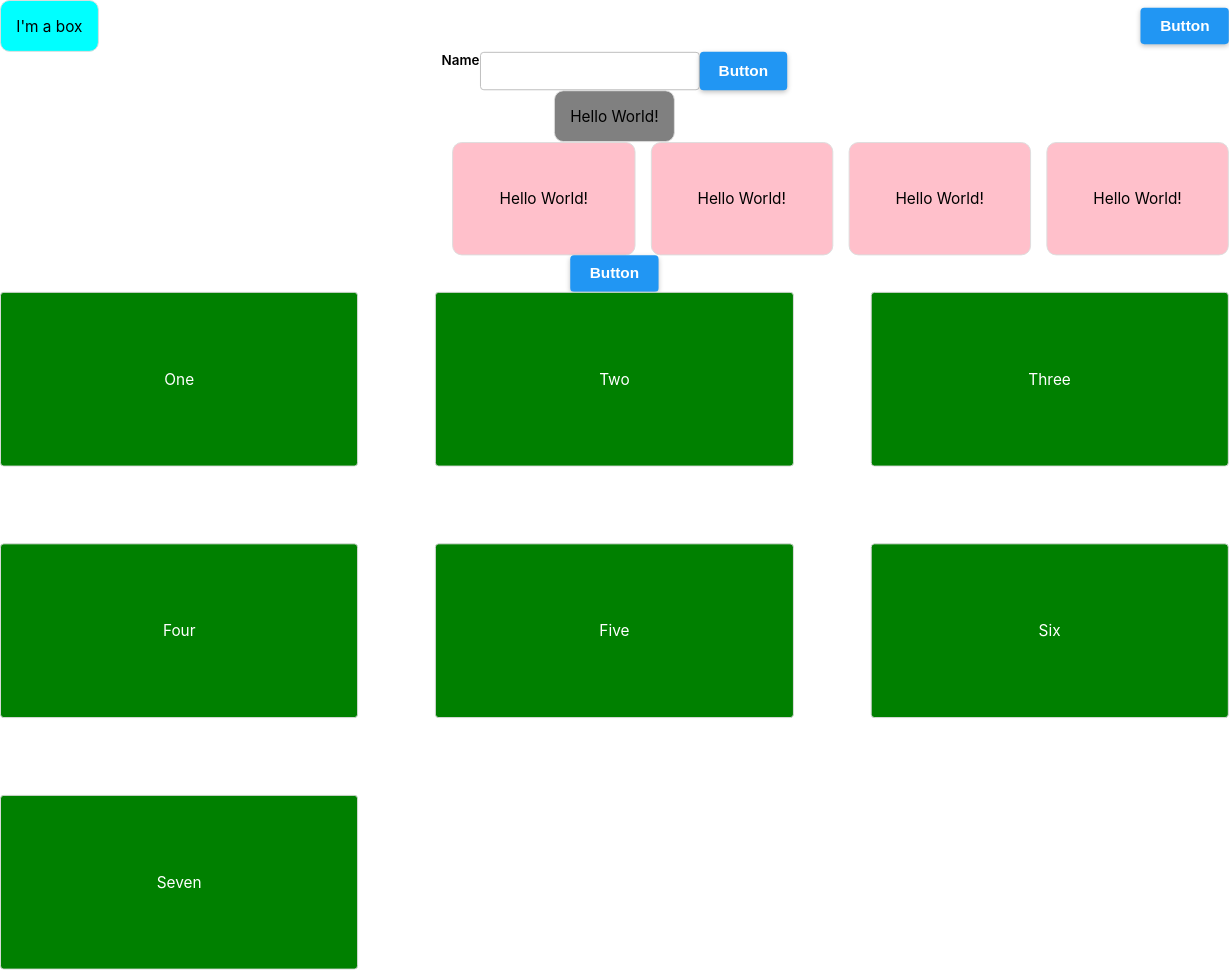
Repository: roistyx/react
Page: / (app in layouts-app/)
These files come from the project's save history. The page is drawn as it stood at one moment and after the next save; the edit follows.
The browser window is 1280 px wide. The pictures show the whole page, at 96% of full size.
The project was rebuilt for these pictures with package versions that can differ from the ones it lists, and the page was loaded fresh each time.

Above is the page before, as saved 2023-04-30 14:43:40.

After the next save:
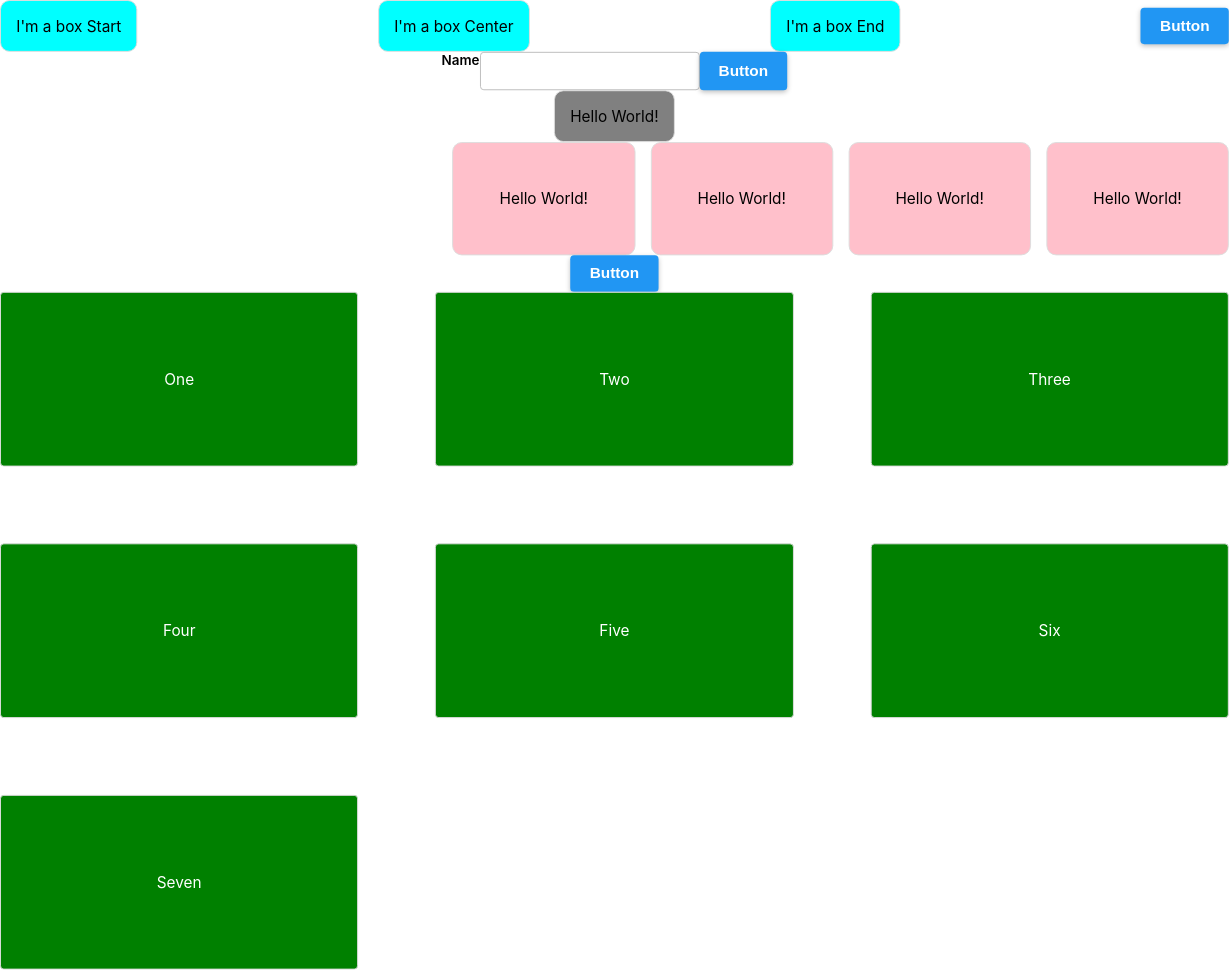
Saved 58 s later.
--- a/layouts-app/src/App.js
+++ b/layouts-app/src/App.js
@@ -12,7 +12,13 @@ export default function App() {
 		<div>
 			<Between>
 				<Box bgColor="	#00FFFF" borderRadius="10px" gap="1rem">
-					<span>I'm a box</span>
+					<span>I'm a box Start</span>
+				</Box>
+				<Box bgColor="	#00FFFF" borderRadius="10px" gap="1rem">
+					<span>I'm a box Center</span>
+				</Box>
+				<Box bgColor="	#00FFFF" borderRadius="10px" gap="1rem">
+					<span>I'm a box End</span>
 				</Box>
 				<Btn>Button</Btn>
 			</Between>
